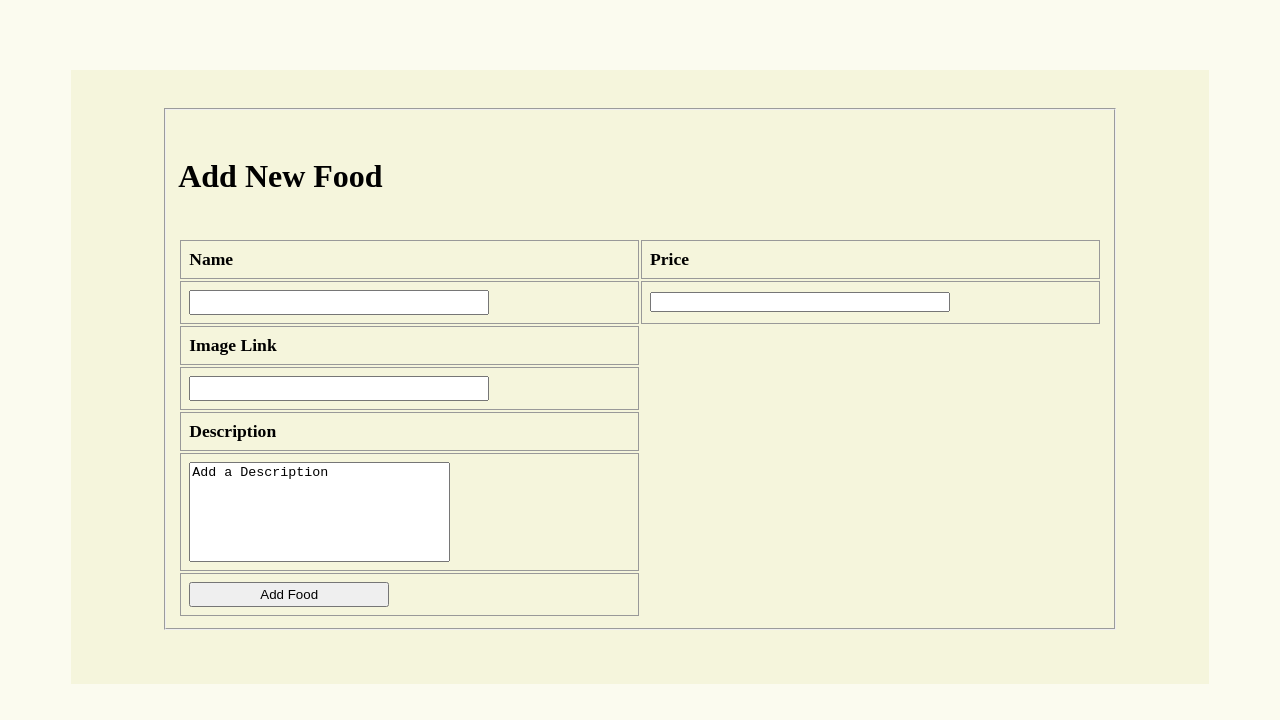
Repository: csula-students/cs-3220-summer-2017-kjuneja
Page: http://localhost/lab4/AdminCreate-food.jsp
An editor plug-in stored every save of this project. The page is shown before and after the next save, followed by the edit.
The browser window is 1280 px wide. The pictures show the whole page.
The page is served by Tomcat 9.

Above is the page before, as saved 2017-07-20 17:28:05.

After the next save:
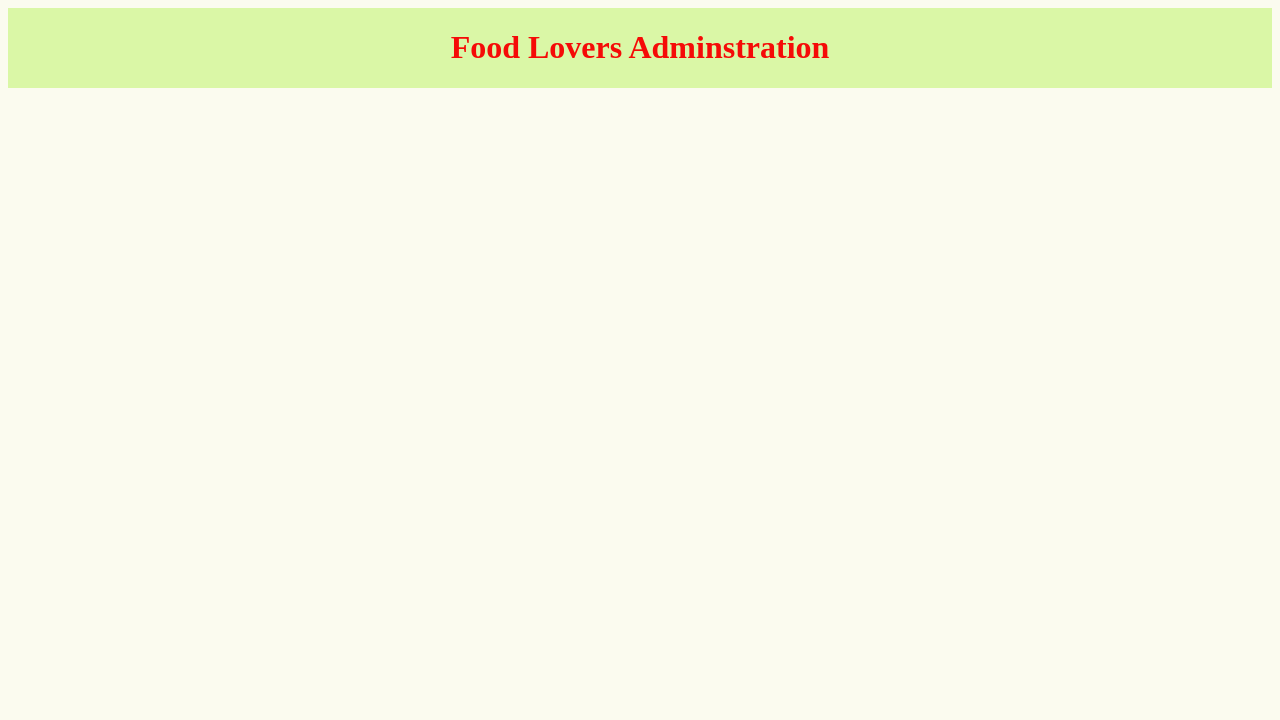
Saved 28 s later.
--- a/lab4/lab4/WebContent/AdminCreate-food.jsp
+++ b/lab4/lab4/WebContent/AdminCreate-food.jsp
@@ -10,7 +10,7 @@
 <link rel="stylesheet" href="app.css">
 <meta http-equiv="Content-Type" content="text/html; charset=UTF-8">
 </head>
-
+<tag:Aheader/>
 <body>
 
 <section>
